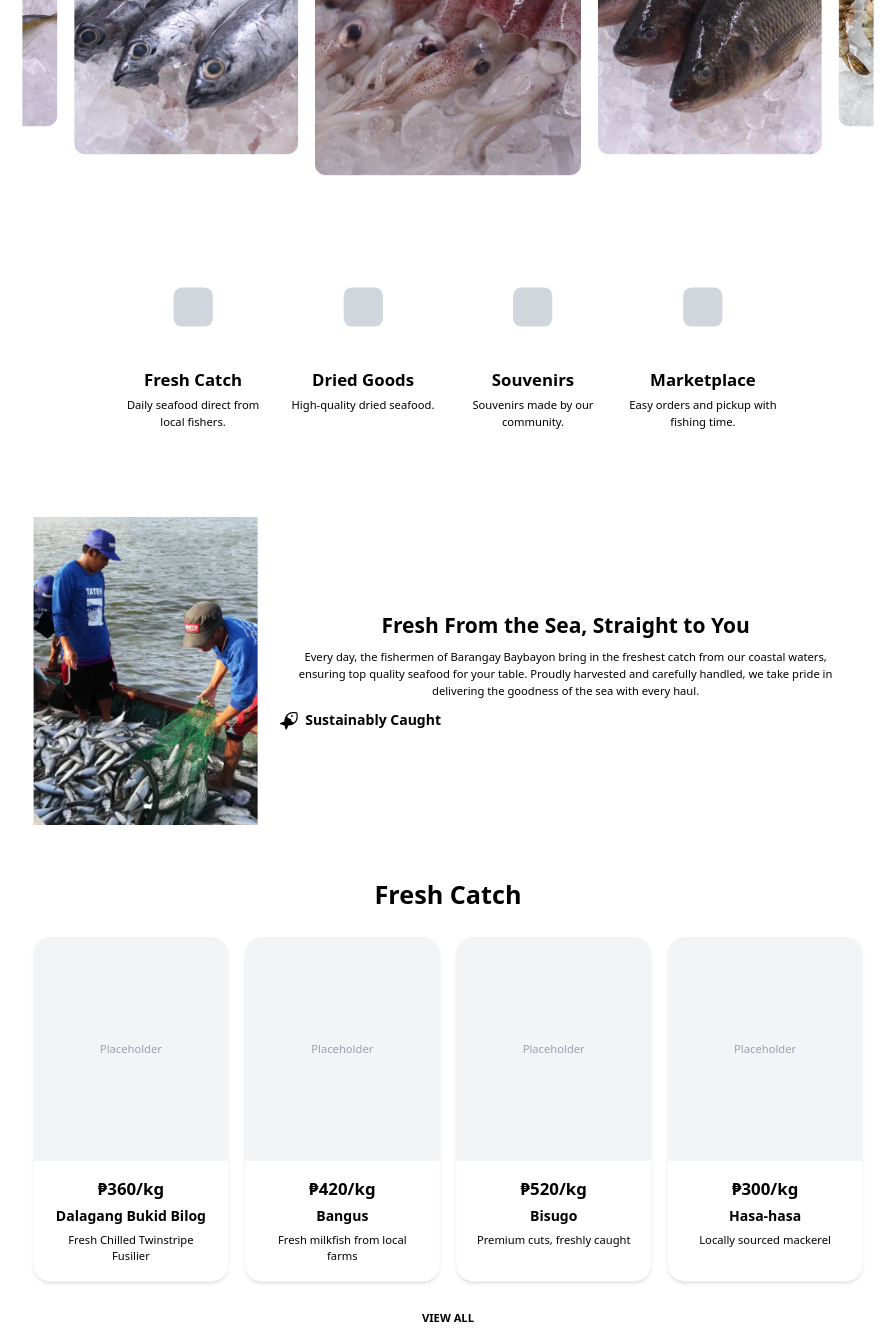
Repository: Coast2Card/coast2cart-frontend
Page: /
These files come from the project's save history. The page is drawn as it stood at one moment and after the next save; the edit follows.
The browser window is 1280 px wide. The pictures show the part of the page from y = 861 to 2781 px (the page is 2945 px tall), at 70% of full size.
The project was rebuilt for these pictures with package versions that can differ from the ones it lists, and the page was loaded fresh each time. Also part of the build but not shown: vite.config.js, src/pages/Seafood.jsx, src/pages/Souvenirs.jsx, src/pages/About.jsx, src/pages/Cart.jsx, src/pages/Profile.jsx, src/pages/Colors.jsx.

Above is the page before, as saved 2025-09-07 15:45:28.

After the next save:
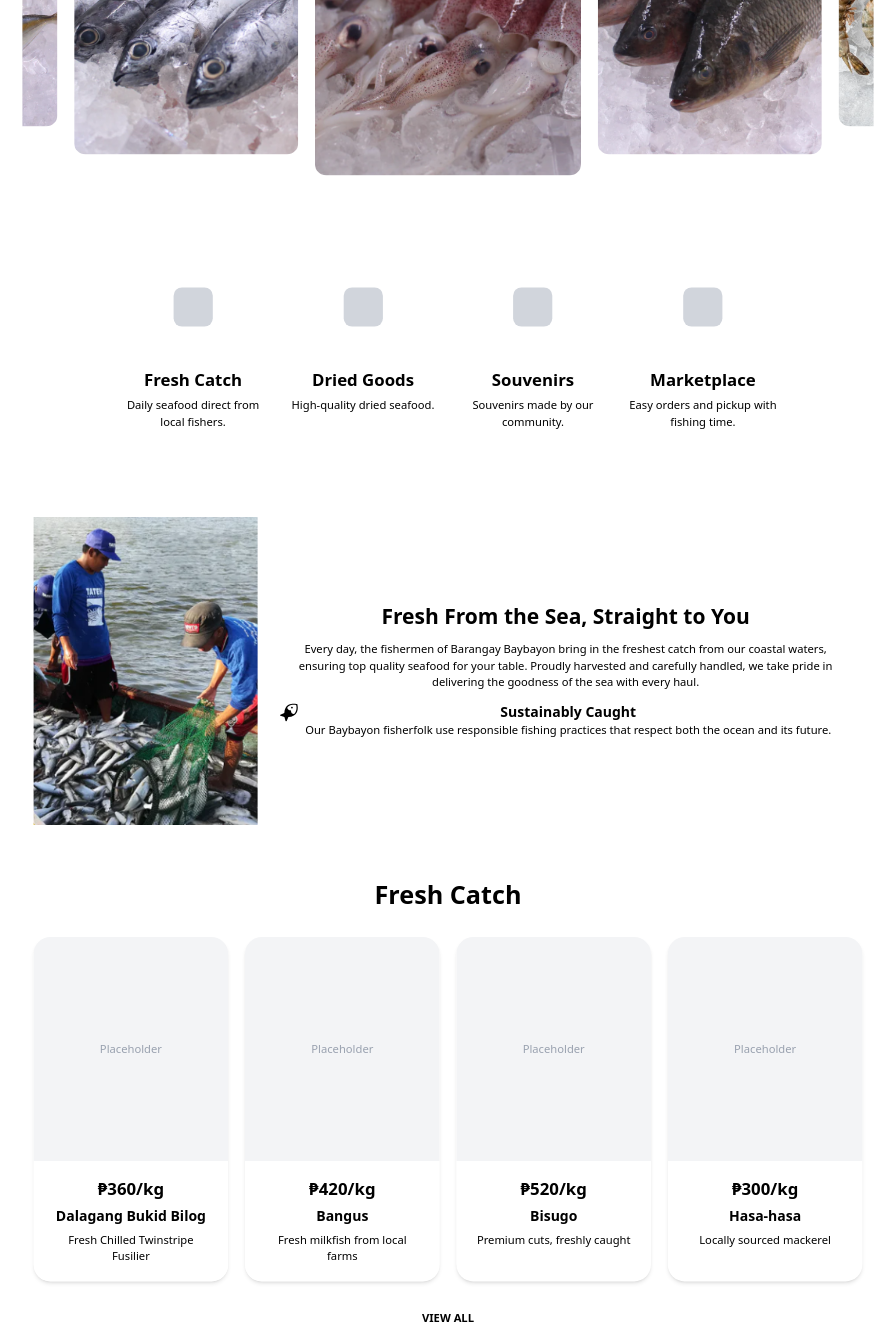
Saved 17 s later.
--- a/src/components/home/HomeGallery.jsx
+++ b/src/components/home/HomeGallery.jsx
@@ -23,6 +23,10 @@ const HomeGallery = () => {
           </div>
           <div className="flex flex-col">
             <h3 className="font-bold text-xl">Sustainably Caught</h3>
+            <p>
+              Our Baybayon fisherfolk use responsible fishing practices that
+              respect both the ocean and its future.
+            </p>
           </div>
         </div>
       </div>
